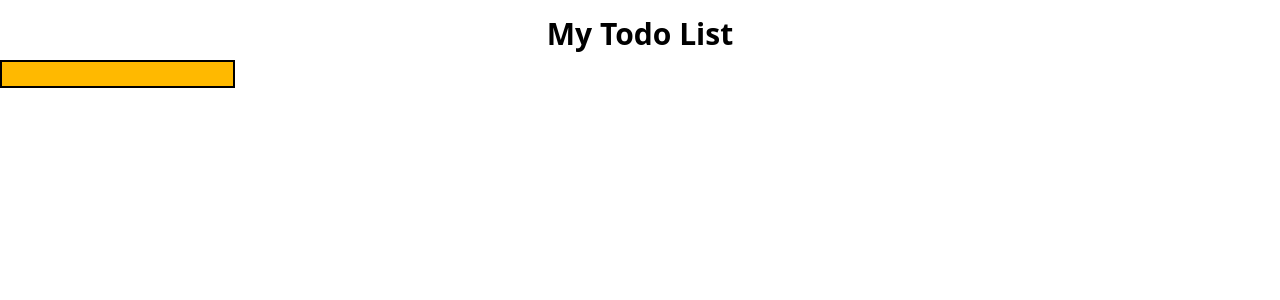
Repository: vgor15/todo-list
Page: /
The author's editor kept a copy of each file at every save. The page is drawn from the files as they stood at one save, then again after the next save.
The browser window is 1280 px wide. The pictures show the whole page.
The project was rebuilt for these pictures with package versions that can differ from the ones it lists, and the page was loaded fresh each time. The framework's server and built-in components were replaced by stand-ins that run in the browser. Also part of the build but not shown: next.config.js, next.config.mjs.

Above is the page before, as saved 2025-03-05 00:00:24.

After the next save:
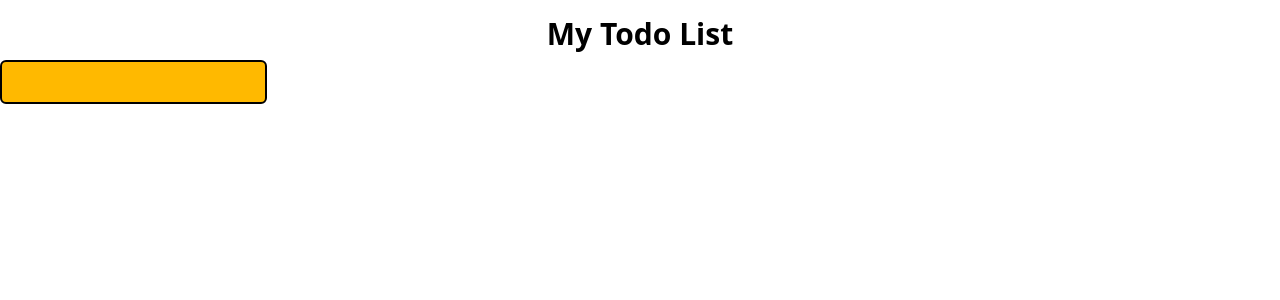
Saved 25 s later.
--- a/app/page.js
+++ b/app/page.js
@@ -5,7 +5,12 @@ const page = () => {
     <>
       <h1 className="text-3xl font-bold text-center mt-4 mb-2">My Todo List</h1>
       <form>
-        <input className="border-2 bg-amber-400" type="text" name="" id="" />
+        <input
+          className="border-2 bg-amber-400 px-4 py-2 rounded-md outline-none focus:ring-2 focus:ring-amber-500"
+          type="text"
+          name=""
+          id=""
+        />
       </form>
     </>
   );
